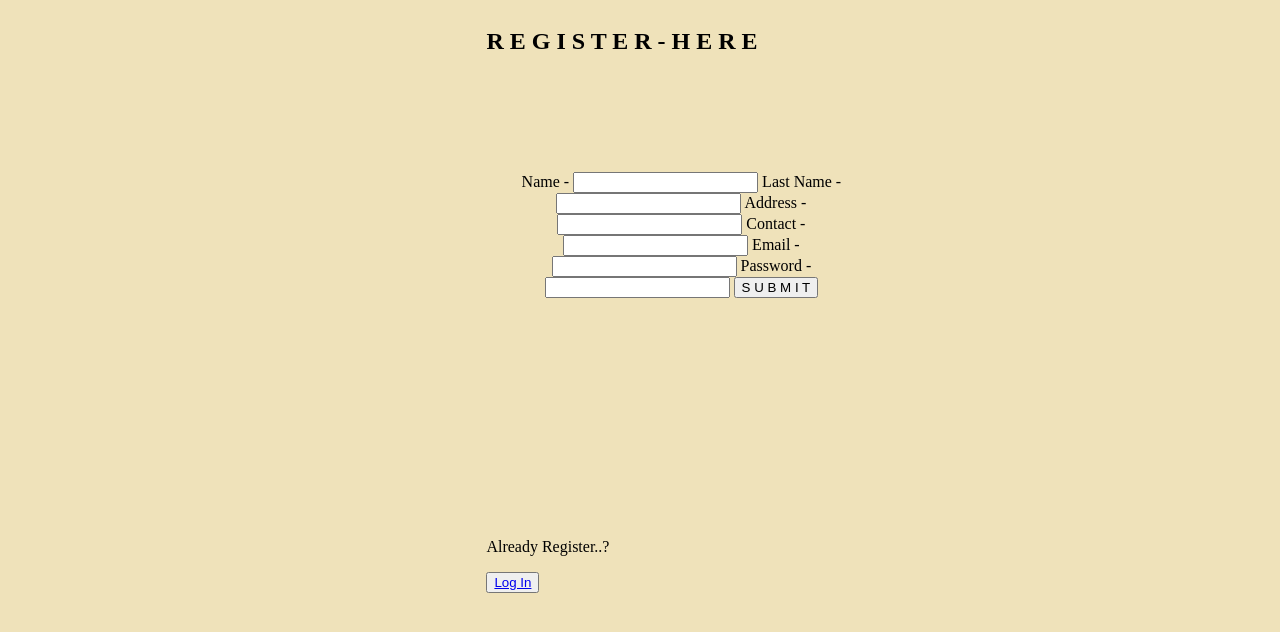
Repository: Krushna26nk/WebApplication
Page: http://localhost/Application/
These files come from the project's save history. The page is drawn as it stood at one moment and after the next save; the edit follows.
The browser window is 1280 px wide. The pictures show the whole page.
The page is served by Tomcat 9. Other server files are loaded and not shown.

Above is the page before, as saved 2019-05-31 12:38:41.

### web/Application/WebContent/RegisterData.jsp
<%@ page language="java" contentType="text/html; charset=UTF-8"
    pageEncoding="UTF-8"%>
<!DOCTYPE html PUBLIC "-//W3C//DTD HTML 4.01 Transitional//EN" "http://www.w3.org/TR/html4/loose.dtd">
<html>
<head>
<meta http-equiv="Content-Type" content="text/html; charset=UTF-8">
<link rel="stylesheet" type="text/css" href="Style.css">
<title>Insert title here</title>
</head>
<body style="background-color:#EFE2BA;">
<div class="regDiv">
	<h2> R E G I S T E R - H E R E </h2>

	<form class="form" action="Registration" style="align:middle;">
				 <div class="inputFields">
					  Name -
					  	<input type="text" id="firstName" name="uname">
					  Last Name -
				 	  	<input type="text" id="lastName" name="lname">
				  	  Address -
				  	   	<input type="text" id="userAddress" name="address">
				  	  Contact -
				  		<input type="number" id="contactNo" name="contact">
				  	  Email -
				  		<input type="email" id="emailId" name="email">
				  	  Password -
				  		<input type="password" id="userPassword" name="pass">


		 	<input type="submit" value="S U B M I T">
		 </div>
	</form>
		<p> Already Register..?  </p>
		<button type="button"><a href="Login.jsp"> Log In </a></button>

</div>


<script type="text/javascript">
	var userFName = document.getElementById("firstName");
	var userLName = document.getElementById("lastName");
	var userAddr = document.getElementById("userAddress");
	var contct = document.getElementById("contactNo");
	var emailId = document.getElementById("emailId");
	var userPass = document.getElementById("userPassword");
</script>


</body>
</html>

### web/Application/WebContent/Style.css
@CHARSET "UTF-8";
.regDiv{
	position:absolute;
	left:38%;
}
.form{
	background-color: 50 deg,#F13C20;
	position:relative;
	margin-top:30%;
	width:390px;
	height:350px;
	text-align:center;

}

.inputFields{
	display:block;
}

After the next save:
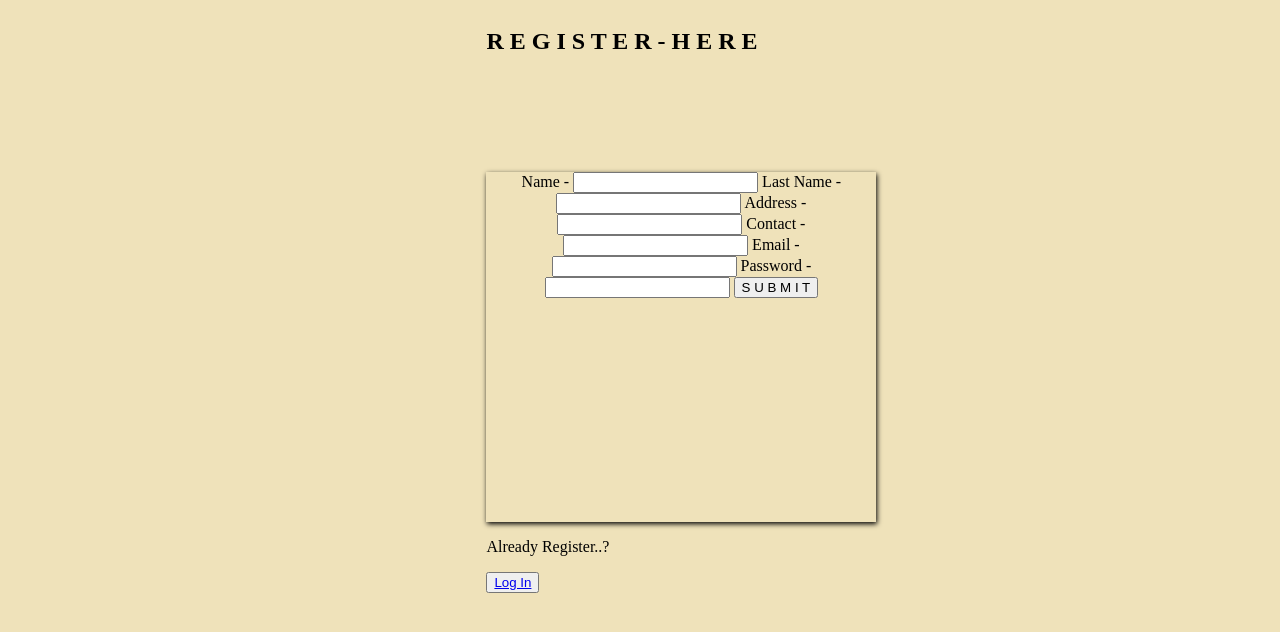
Saved 21 s later.
--- a/web/Application/WebContent/Style.css
+++ b/web/Application/WebContent/Style.css
@@ -5,6 +5,7 @@
 }
 .form{
 	background-color: 50 deg,#F13C20;
+	box-shadow:1px 2px 5px;
 	position:relative;
 	margin-top:30%;
 	width:390px;
